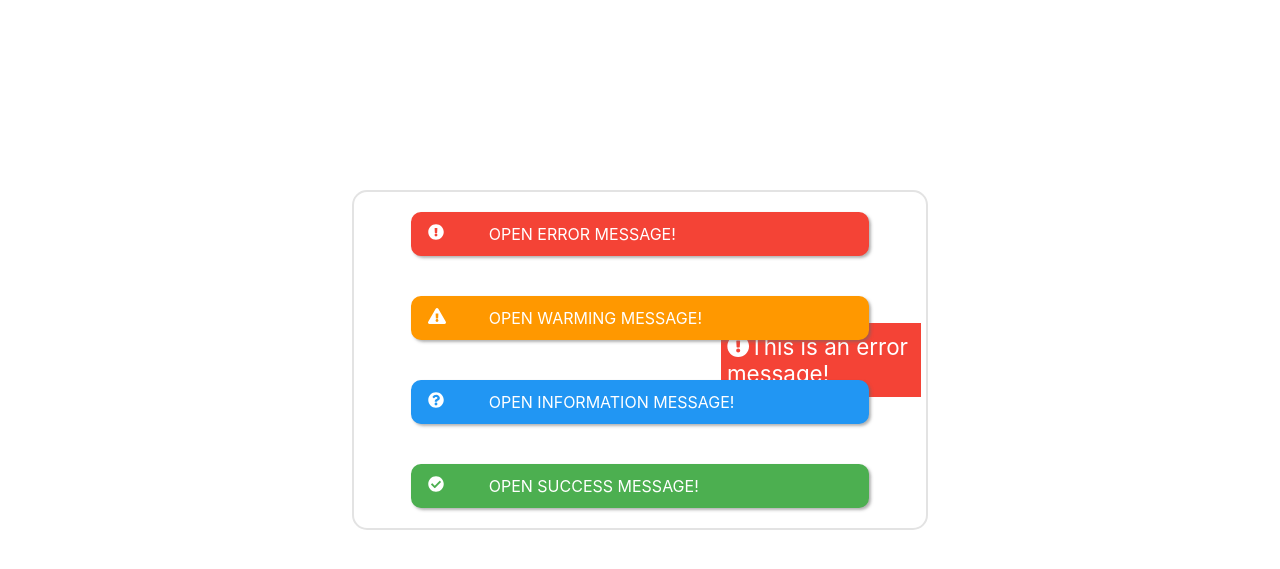
Repository: KrzysKolo/sr_tydzien5_zad2
Page: /, after clicking the first element matching `div.btn`
The author's editor kept a copy of each file at every save. The page is drawn from the files as they stood at one save, then again after the next save.
The browser window is 1280 px wide. The pictures show the whole page.
The project was rebuilt for these pictures with package versions that can differ from the ones it lists, and the page was loaded fresh each time.

Above is the page before, as saved 2020-12-28 04:02:05.

After the next save:
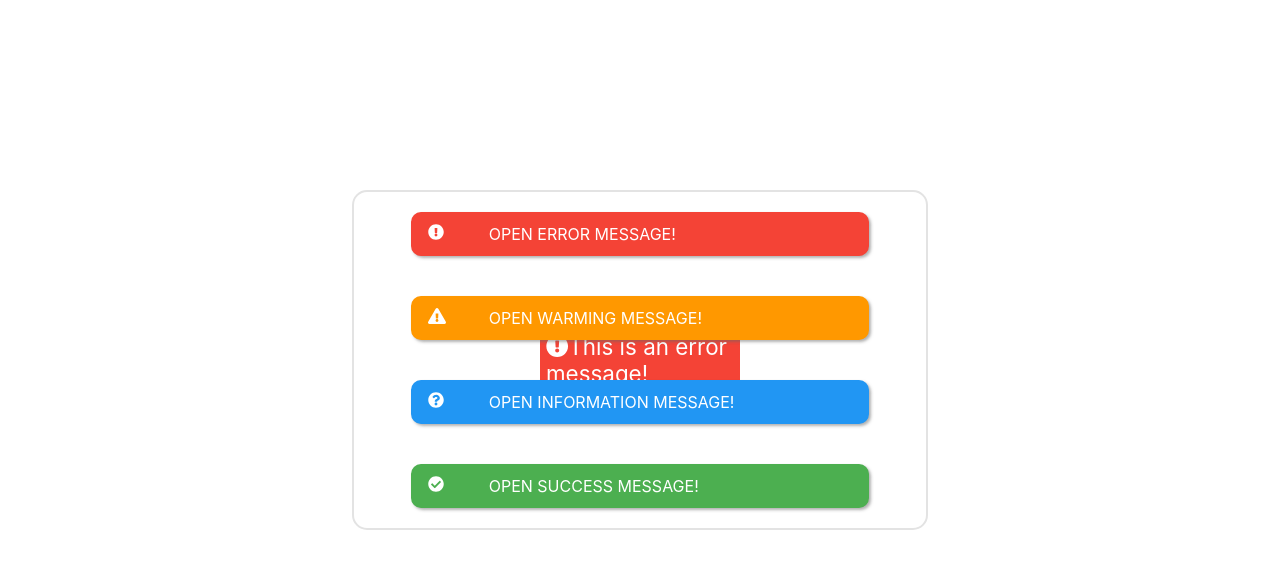
Saved 58 s later.
--- a/src/App.css
+++ b/src/App.css
@@ -59,6 +59,5 @@
 }
 .top-right {
   position: absolute;
-  top: calc(100vh+5px);
-  right: 5px;
+  transition: translate(-50% 20%);
 }

After the 5 saves that followed:
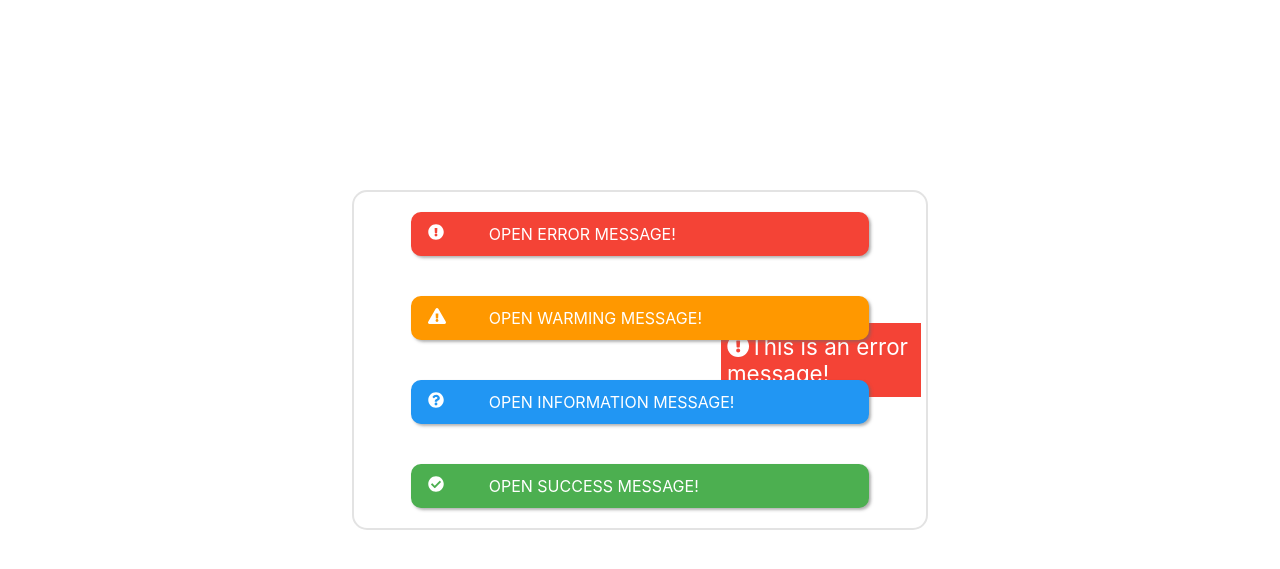
The 5 saves are shown as one change because 4 left the picture as it was.
The last was saved 98 s later.
--- a/src/App.css
+++ b/src/App.css
@@ -59,5 +59,6 @@
 }
 .top-right {
   position: absolute;
-  transition: translate(-50% 20%);
+  top: calc(100vh-100px);
+  right: 5px;
 }
